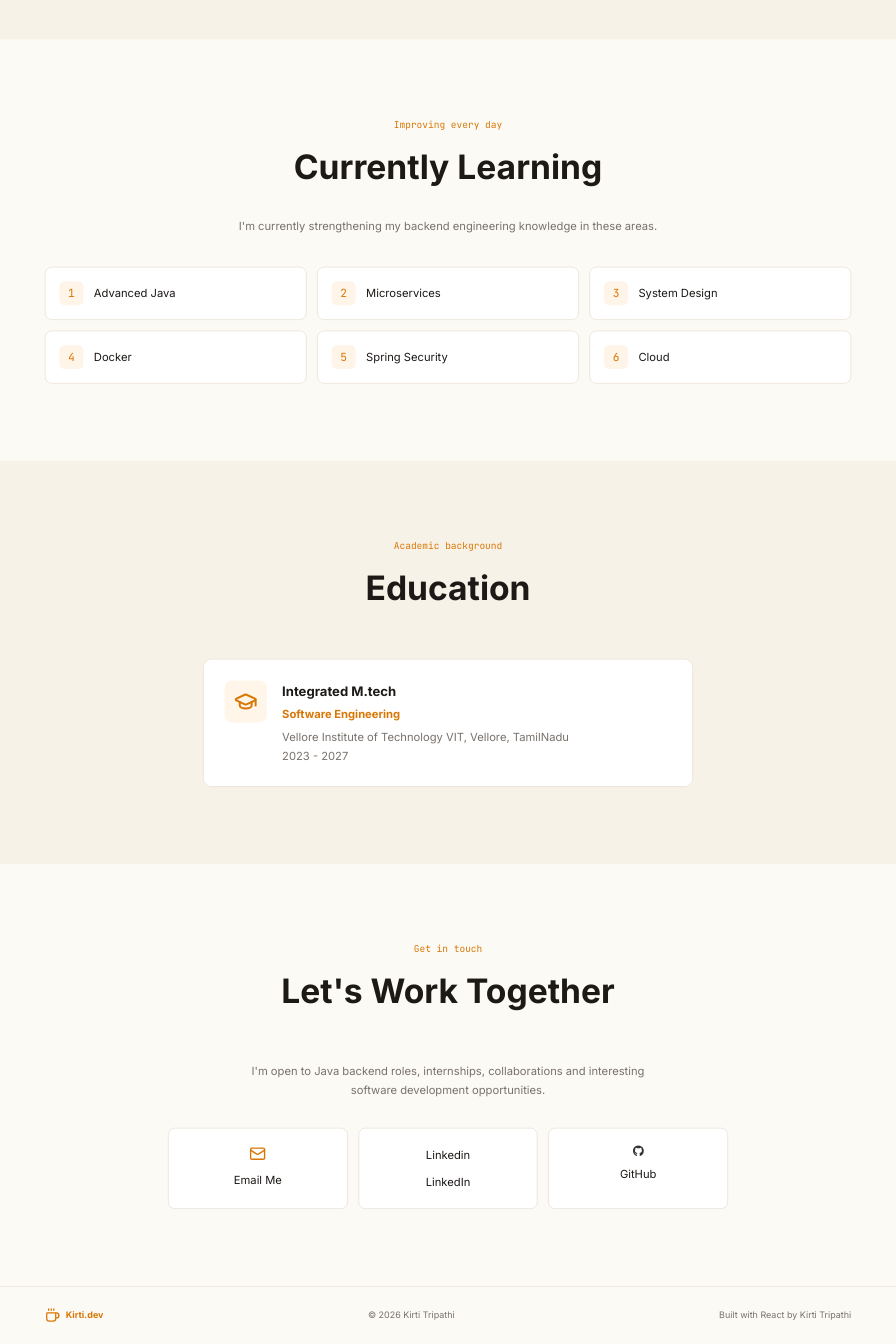
Repository: Rashi-Kirti06/En-Hi-Portfolio
Page: /
These files come from the project's save history. The page is drawn as it stood at one moment and after the next save; the edit follows.
The browser window is 1280 px wide. The pictures show the part of the page from y = 3073 to 4993 px (the page is 4993 px tall before and 4990 px after), at 70% of full size.
The project was rebuilt for these pictures with package versions that can differ from the ones it lists, and the page was loaded fresh each time. Also part of the build but not shown: vite.config.js.

Above is the page before, as saved 2026-09-06 17:11:31.

After the next save:
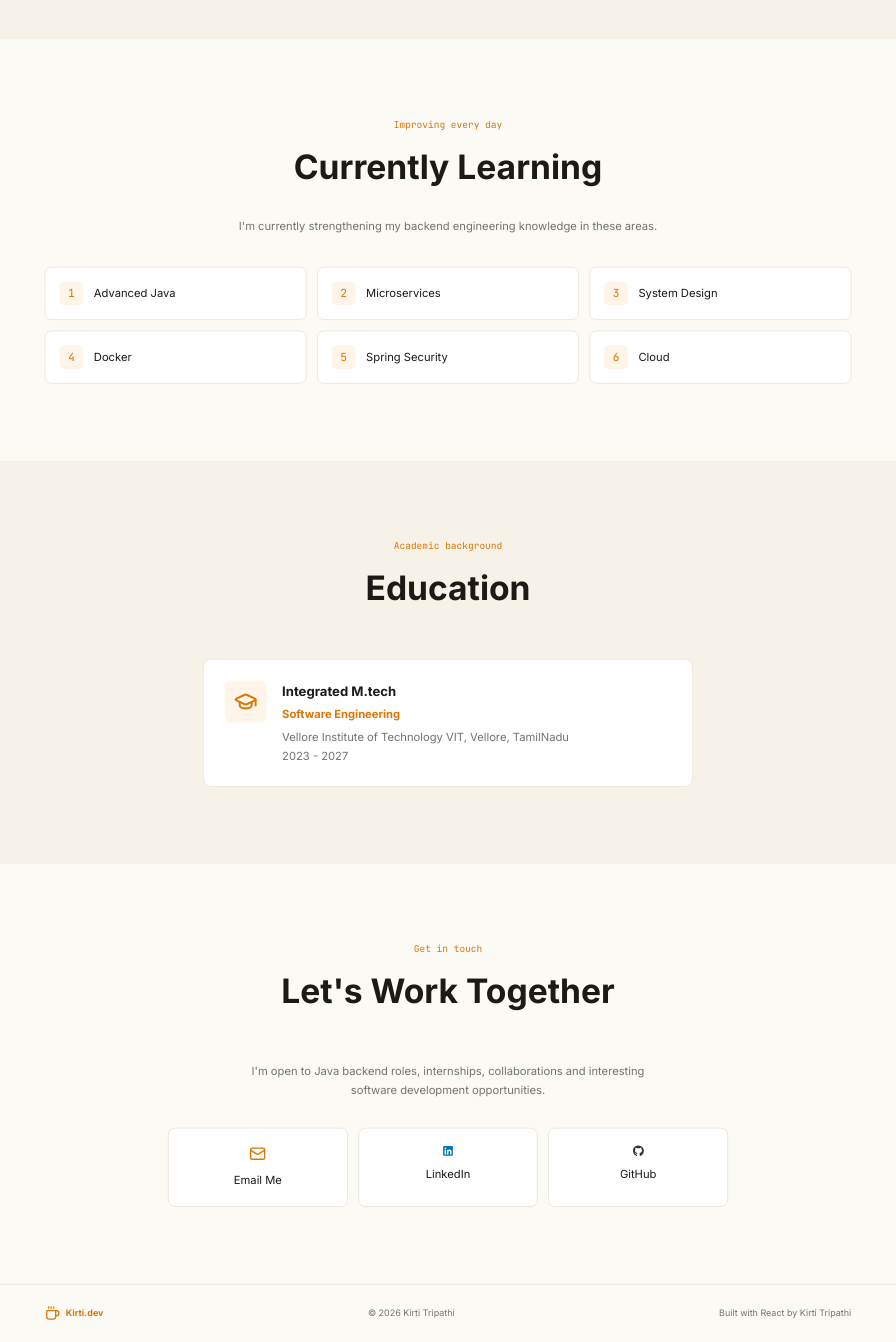
Saved 11 s later.
--- a/src/components/Contact.jsx
+++ b/src/components/Contact.jsx
@@ -39,7 +39,7 @@ function Contact({ language }) {
               rel="noreferrer"
               className="contact-card"
             >
-              Linkedin
+              <FaLinkedin style={{ color: '#0077b5' }} />
               <span>{t.linkedin}</span>
             </a>
 
